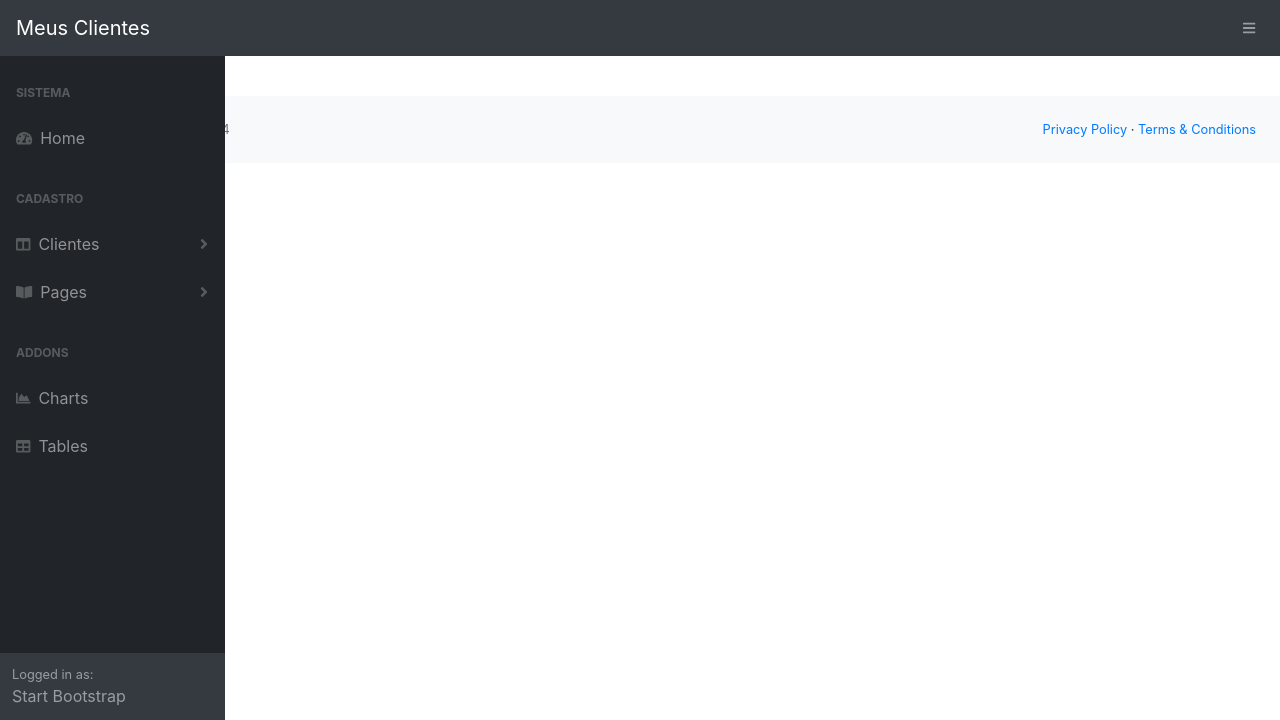
Repository: Kaio-Dias/Angular-Springboot
Page: / (app in Frontend/clients-app/)
An editor plug-in stored every save of this project. The page is shown before and after the next save, followed by the edit.
The browser window is 1280 px wide. The pictures show the whole page.
Some web libraries are served in a nearby version. The project was rebuilt for these pictures with package versions that can differ from the ones it lists, and the page was loaded fresh each time. Also part of the build but not shown: Frontend/clients-app/angular.json, Frontend/clients-app/src/app/users/users-form/users-form.component.ts.

Above is the page before, as saved 2024-07-02 22:53:16.

After the next save:
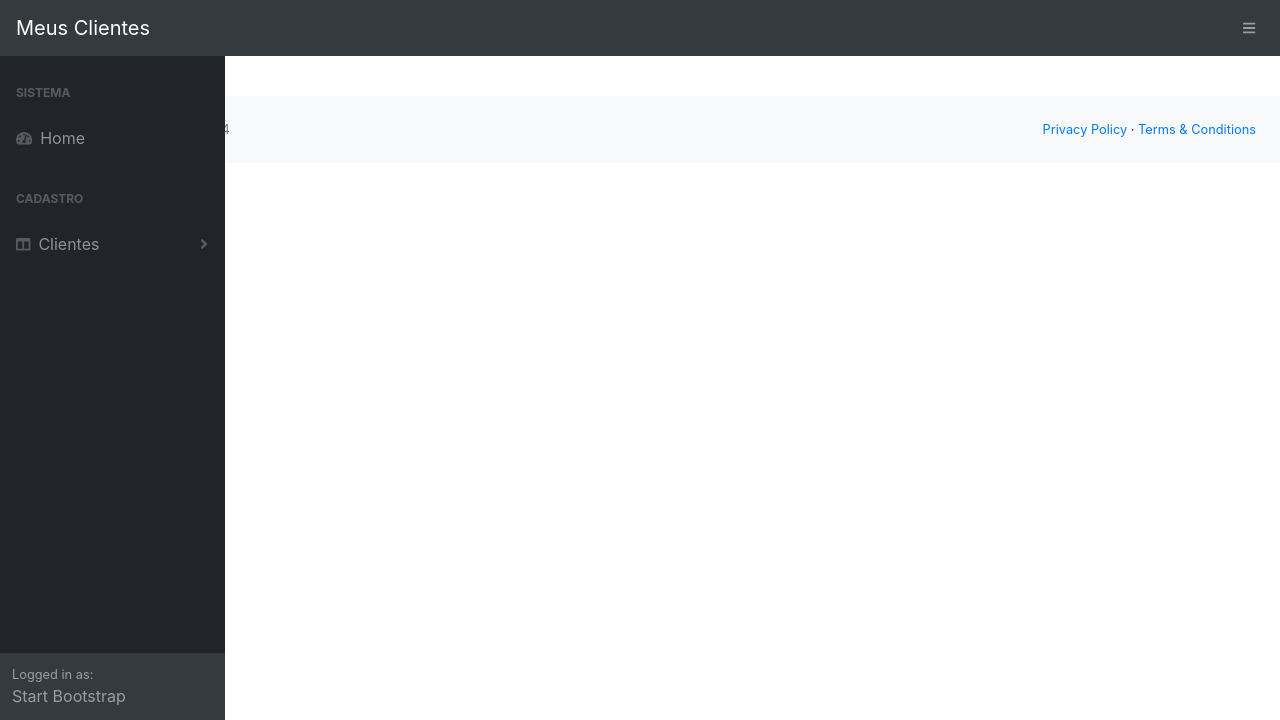
Saved 2 min 4 s later.
--- a/Frontend/clients-app/src/app/template/sidebar/sidebar.component.html
+++ b/Frontend/clients-app/src/app/template/sidebar/sidebar.component.html
@@ -17,39 +17,8 @@
                     <div class="collapse" id="collapseLayouts" aria-labelledby="headingOne" data-parent="#sidenavAccordion">
                         <nav class="sb-sidenav-menu-nested nav"><a class="nav-link" href="layout-static.html">Static Navigation</a><a class="nav-link" href="layout-sidenav-light.html">Light Sidenav</a></nav>
                     </div>
-                    <a class="nav-link collapsed" href="#" data-toggle="collapse" data-target="#collapsePages" aria-expanded="false" aria-controls="collapsePages"
-                        ><div class="sb-nav-link-icon"><i class="fas fa-book-open"></i></div>
-                        Pages
-                        <div class="sb-sidenav-collapse-arrow"><i class="fas fa-angle-down"></i></div
-                    ></a>
-                    <div class="collapse" id="collapsePages" aria-labelledby="headingTwo" data-parent="#sidenavAccordion">
-                        <nav class="sb-sidenav-menu-nested nav accordion" id="sidenavAccordionPages">
-                            <a class="nav-link collapsed" href="#" data-toggle="collapse" data-target="#pagesCollapseAuth" aria-expanded="false" aria-controls="pagesCollapseAuth"
-                                >Authentication
-                                <div class="sb-sidenav-collapse-arrow"><i class="fas fa-angle-down"></i></div
-                            ></a>
-                            <div class="collapse" id="pagesCollapseAuth" aria-labelledby="headingOne" data-parent="#sidenavAccordionPages">
-                                <nav class="sb-sidenav-menu-nested nav"><a class="nav-link" href="login.html">Login</a><a class="nav-link" href="register.html">Register</a><a class="nav-link" href="password.html">Forgot Password</a></nav>
-                            </div>
-                            <a class="nav-link collapsed" href="#" data-toggle="collapse" data-target="#pagesCollapseError" aria-expanded="false" aria-controls="pagesCollapseError"
-                                >Error
-                                <div class="sb-sidenav-collapse-arrow"><i class="fas fa-angle-down"></i></div
-                            ></a>
-                            <div class="collapse" id="pagesCollapseError" aria-labelledby="headingOne" data-parent="#sidenavAccordionPages">
-                                <nav class="sb-sidenav-menu-nested nav"><a class="nav-link" href="401.html">401 Page</a><a class="nav-link" href="404.html">404 Page</a><a class="nav-link" href="500.html">500 Page</a></nav>
-                            </div>
-                        </nav>
                     </div>
-                    <div class="sb-sidenav-menu-heading">Addons</div>
-                    <a class="nav-link" href="charts.html"
-                        ><div class="sb-nav-link-icon"><i class="fas fa-chart-area"></i></div>
-                        Charts</a
-                    ><a class="nav-link" href="tables.html"
-                        ><div class="sb-nav-link-icon"><i class="fas fa-table"></i></div>
-                        Tables</a
-                    >
                 </div>
-            </div>
             <div class="sb-sidenav-footer">
                 <div class="small">Logged in as:</div>
                 Start Bootstrap
